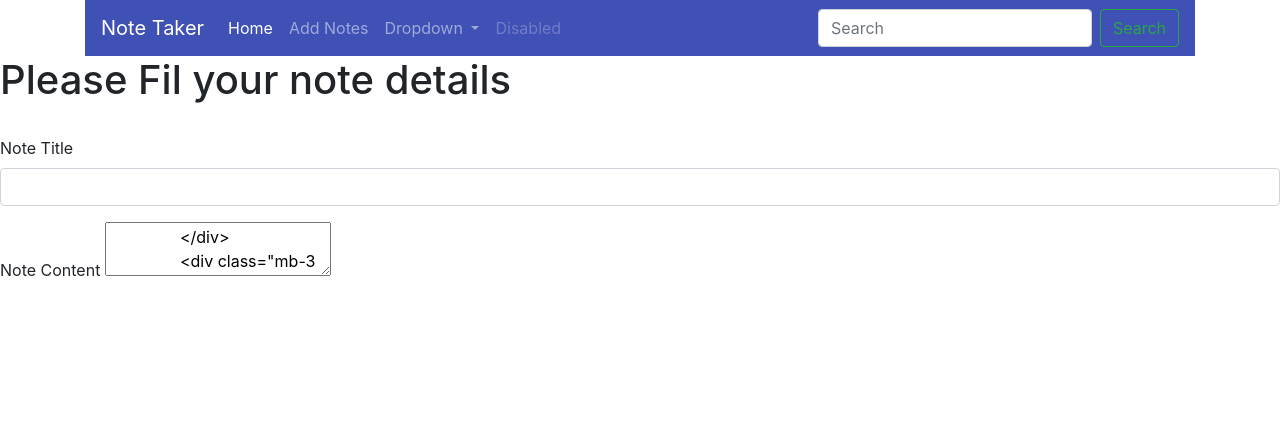
Repository: SudarshanSarnaik/Note_Taker
Page: http://localhost/NoteTaker/add_notes.jsp
An editor plug-in stored every save of this project. The page is shown before and after a run of saves, followed by the edit.
The browser window is 1280 px wide. The pictures show the whole page.
The page is served by Tomcat 9.

Above is the page before, as saved 2025-01-28 05:29:43.

After the next 4 saves:
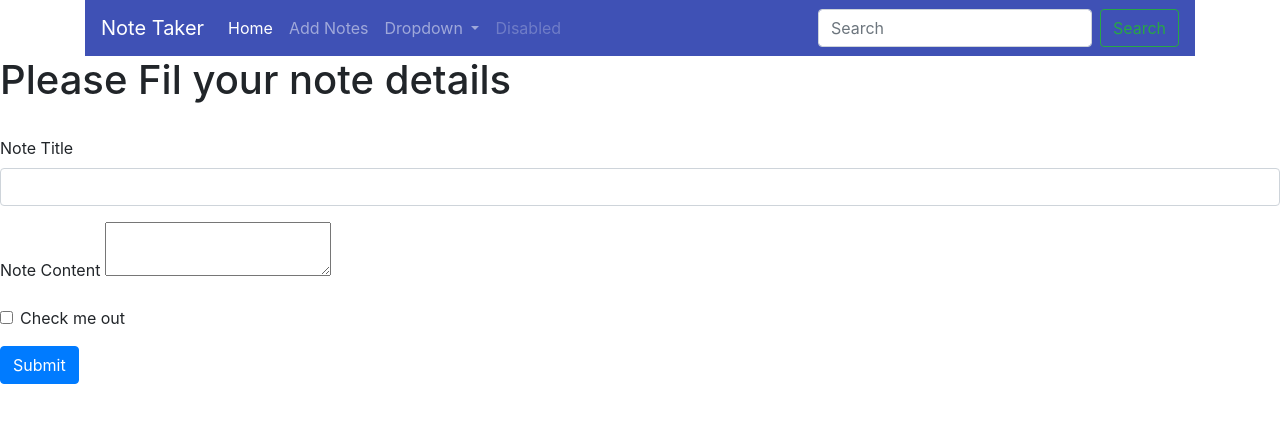
The 4 saves are shown as one change because they came seconds apart.
The last was saved 15 s later.
--- a/NoteTaker/src/main/webapp/add_notes.jsp
+++ b/NoteTaker/src/main/webapp/add_notes.jsp
@@ -37,6 +37,7 @@
 			<label for="content" class="form-label">Note Content</label>
 			<textarea style="hight class="form-control"
 				id="content">
+				</textarea>
 		</div>
 		<div class="mb-3 form-check">
 			<input type="checkbox" class="form-check-input" id="exampleCheck1">
